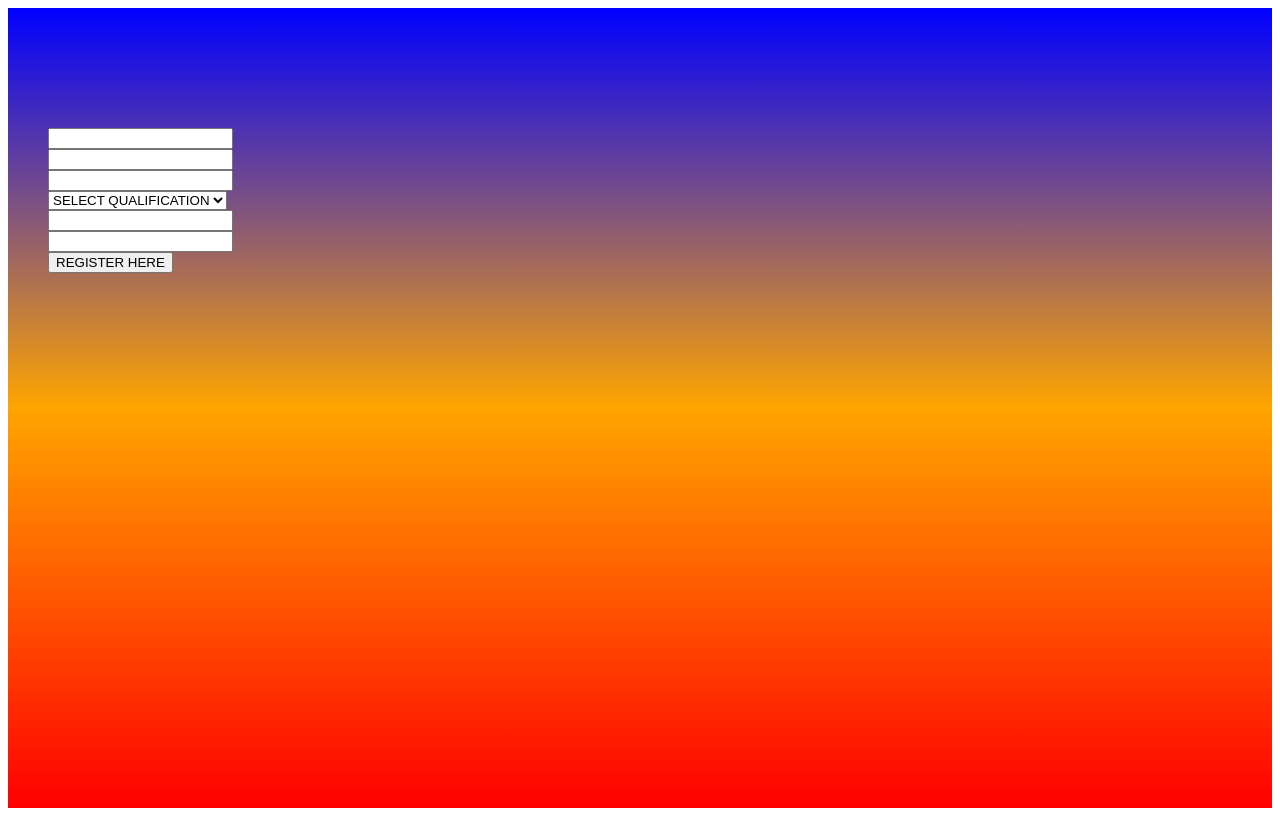
Repository: vaibhaokamble/MY_INSTITUTE_PUNE
Page: SERVLET/RegistrationApplication/src/main/webapp/register.html
These files come from the project's save history. The page is drawn as it stood at one moment and after the next save; the edit follows.
The browser window is 1280 px wide. The pictures show the whole page.

Above is the page before, as saved 2022-10-18 04:27:26.

### SERVLET/RegistrationApplication/src/main/webapp/register.html
<!DOCTYPE html>
<html>
<head>
<meta charset="UTF-8">
<title>Insert title here</title>
<link rel="stylesheet" href="css/style.css"/>
</head>
<body>
<div class="container">
<ul>
	<li> <input type='text' name='name' value=''/></li>
	<li> <input type='text' name='email' value=''/></li>
	<li> <input type='text' name='contact' value=''/></li>
	<li> <select name='qual'>
		<option> SELECT QUALIFICATION </option>
		<option> MCA</option>
		<option>B.SC</option>
		<option>12TH</option>
		<option>10TH</option>
	</select></li>
	<li><input type='text' name='username' value=''/></li>
	<li><input type='text' name='password' value=''/></li>
	<li><input type='submit' name='s' value='REGISTER HERE'/></li>

</ul>
</div>
</body>
</html>

### SERVLET/RegistrationApplication/src/main/webapp/css/style.css
@charset "UTF-8";

.container{
	width:100%;
	height:800px;
	background-image:linear-gradient(blue,orange,red);
	}


	ul{
	list-style-type:none;
	padding:20px;
	position:absolute;
	margin-left:20px;
	margin-top:100px;
	}

After the next save:
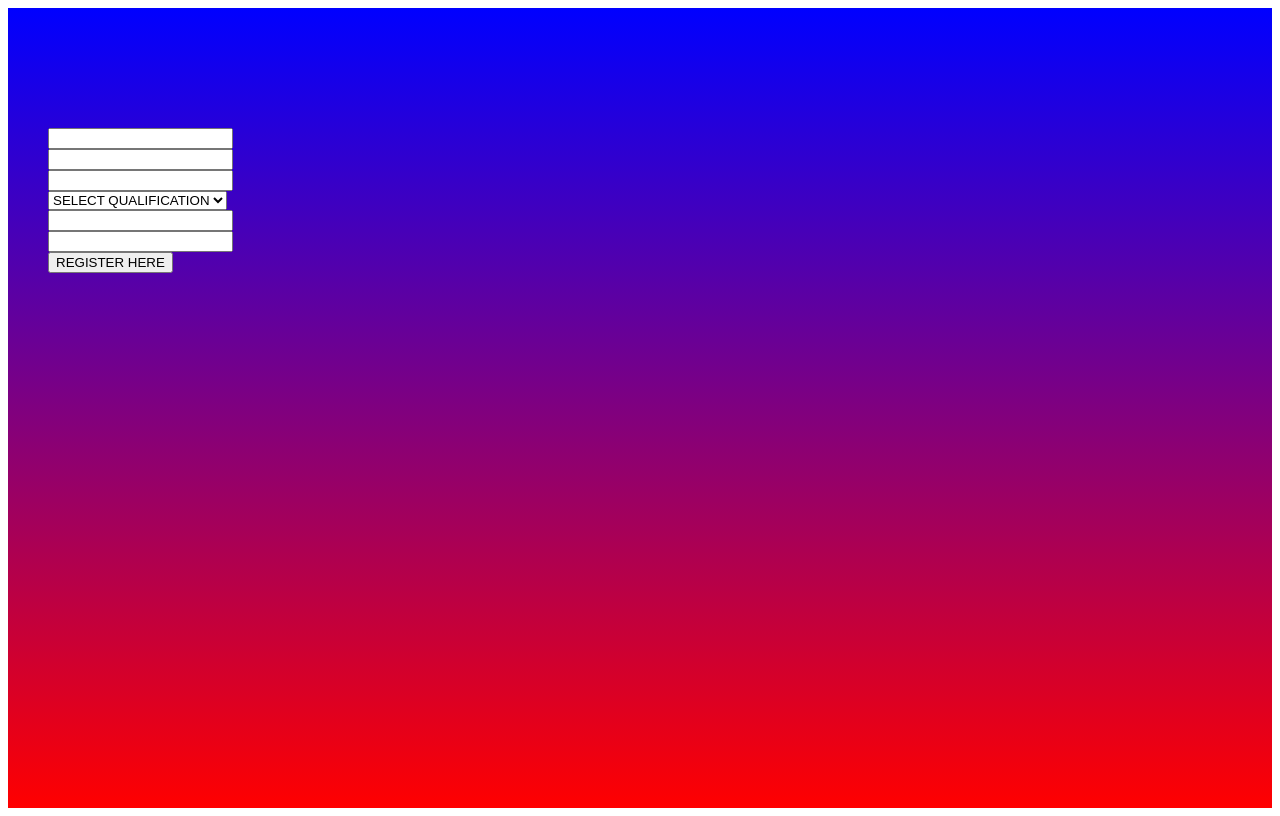
Saved 77 s later.
--- a/SERVLET/RegistrationApplication/src/main/webapp/css/style.css
+++ b/SERVLET/RegistrationApplication/src/main/webapp/css/style.css
@@ -1,16 +1,15 @@
 @charset "UTF-8";
 
-.container{
-	width:100%;
-	height:800px;
-	background-image:linear-gradient(blue,orange,red);
-	}
+.container {
+	width: 100%;
+	height: 800px;
+	background-image: linear-gradient(blue,red);
+}
 
-
-	ul{
-	list-style-type:none;
-	padding:20px;
-	position:absolute;
-	margin-left:20px;
-	margin-top:100px;
-	}
+ul {
+	list-style-type: none;
+	padding: 20px;
+	position: absolute;
+	margin-left: 20px;
+	margin-top: 100px;
+}
